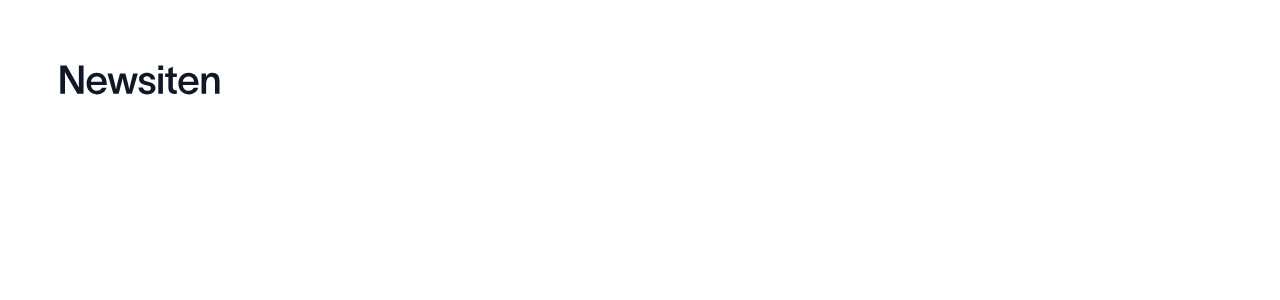
Repository: BrianPhamDev/Blog-App
Page: /
The author's editor kept a copy of each file at every save. The page is drawn from the files as they stood at one save, then again after a run of saves.
The browser window is 1280 px wide. The pictures show the whole page.
The project was rebuilt for these pictures with package versions that can differ from the ones it lists, and the page was loaded fresh each time. Also part of the build but not shown: src/pages/signUpPage/signUpPage.scss, src/components/label/label.scss, src/components/label/Label.js, src/components/input/input.scss, src/components/input/Input.js, src/components/input/InputPasswordToggle.js, src/components/input/index.js, src/pages/authenticationPage/authenticationPage.scss and 11 more. Imported but missing from the stored project, and not drawn on this page: src/components/icons.

Above is the page before, as saved 2023-07-18 23:06:22.

After the next 3 saves:
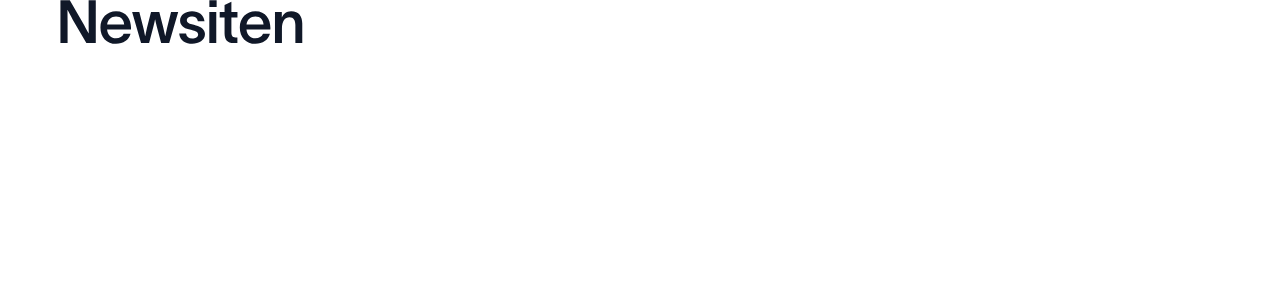
The 3 saves are shown as one change because they came seconds apart.
The last was saved 20 s later.
--- a/src/components/header/Header.js
+++ b/src/components/header/Header.js
@@ -5,7 +5,7 @@
   return (
     <div className="header">
       <a href="/">
-        <img src="./Logo.svg" alt="Daily News" className="w-40 h-40" />
+        <img src="./Logo.svg" alt="Daily News" className="" />
       </a>
     </div>
   );
